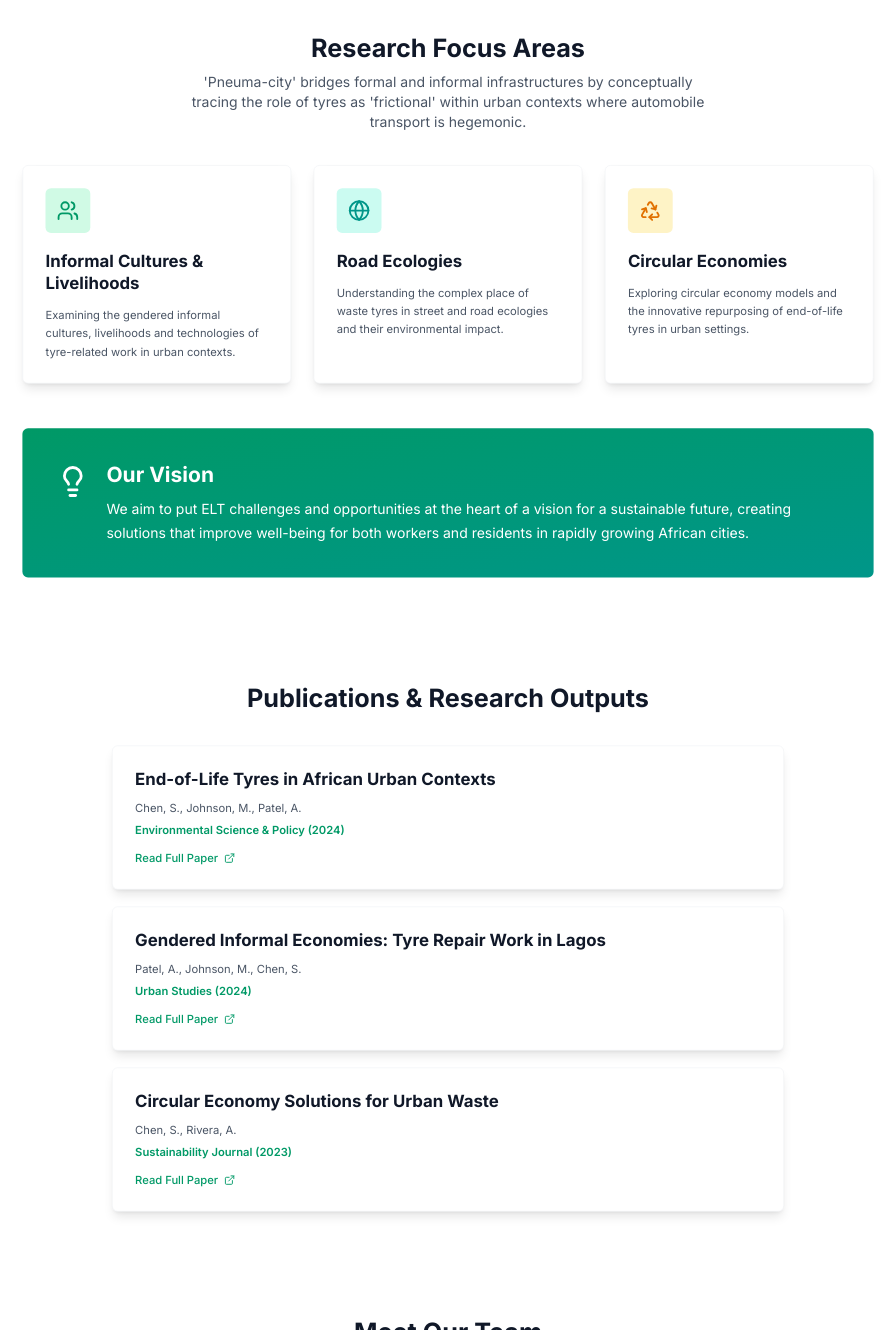
Repository: tiossdav/codesria
Page: /
An editor plug-in stored every save of this project. The page is shown before and after the next save, followed by the edit.
The browser window is 1280 px wide. The pictures show the part of the page from y = 1587 to 3487 px (the page is 5114 px tall before and 5034 px after), at 70% of full size.
Pictures or frames that could not be fetched are drawn as grey boxes. The project was rebuilt for these pictures with package versions that can differ from the ones it lists, and the page was loaded fresh each time. Also part of the build but not shown: vite.config.ts.

Above is the page before, as saved 2025-11-19 19:12:20.

### index.html
<!DOCTYPE html>
<html lang="en">
  <head>
    <meta charset="UTF-8" />
    <link rel="icon" type="image/svg+xml" href="/vite.svg" />
    <link href="/src/App.css" rel="stylesheet" />
    <link rel="preconnect" href="https://fonts.googleapis.com" />
    <link rel="preconnect" href="https://fonts.gstatic.com" crossorigin />
    <link
      href="https://fonts.googleapis.com/css2?family=Caveat:wght@400..700&family=Inter:ital,opsz,wght@0,14..32,100..900;1,14..32,100..900&family=Lobster&family=Raleway:ital,wght@0,100..900;1,100..900&display=swap"
      rel="stylesheet"
    />
    <meta name="viewport" content="width=device-width, initial-scale=1.0" />
    <title>codesria</title>
  </head>
  <body>
    <div id="root"></div>
    <script type="module" src="/src/main.tsx"></script>
  </body>
</html>

### src/App.css
@import "tailwindcss";

@theme {
  --font-inter: "Inter", sans-serif;
  --font-caveat: "Caveat", cursive;
  --font-lobster: "Lobster", cursive;
  --font-raleway: "Raleway", sans-serif;
}

### src/App.tsx
import { Route, Switch } from "wouter";
import Header from "./components/layout/Header";
import Footer from "./components/layout/Footer";
import Home from "./pages/Home";
import About from "./pages/About";
import Research from "./pages/Research";
import Team from "./pages/Team";
import Publications from "./pages/Publications";
import Contact from "./pages/Contact";

export default function App() {
  return (
    <div className="min-h-screen bg-white flex flex-col">
      <Header />

      <div className="flex-1">
        <Switch>
          <Route path="/" component={Home} />
          <Route path="/obj" component={About} />
          <Route path="/research" component={Research} />
          <Route path="/team" component={Team} />
          <Route path="/publications" component={Publications} />
          <Route path="/contact" component={Contact} />

          {/* 404 Route */}
          <Route>
            <div className="min-h-screen flex items-center justify-center">
              <div className="text-center">
                <h1 className="text-4xl font-bold text-gray-900 mb-4">404</h1>
                <p className="text-gray-600">Page not found</p>
              </div>
            </div>
          </Route>
        </Switch>
      </div>

      <Footer />
    </div>
  );
}

### src/components/layout/Header.tsx
import { Link, useLocation } from "wouter";

type NavLink = {
  title: string;
  href: string;
  submenu?: NavLink[];
};

const navlinks: NavLink[] = [
  { title: "Home", href: "/" },
  { title: "Aim & Objectives", href: "/obj" },
  { title: "Research", href: "/research" },
  { title: "Team", href: "/team" },
  { title: "Publications", href: "/publications" },
  { title: "Contact", href: "/contact" },
];

function Header() {
  const [location] = useLocation();

  return (
    <nav className="bg-white shadow-sm fixed w-full top-0 z-50 border-b border-gray-200">
      <div className="max-w-7xl mx-auto px-4 sm:px-6 lg:px-8">
        <div className="flex justify-between items-center h-20">
          <div className="flex items-center">
            <Link href="/">
              <span className="ml-3 font-caveat text-3xl text-gray-900 font-bold cursor-pointer transition-colors">
                JustEnergyAfrica
              </span>
            </Link>
          </div>
          <div className="flex items-center space-x-8">
            {navlinks.map((nav, index) => (
              <Link
                key={index}
                href={nav.href}
                className={`text-[16px] font-medium transition-colors ${
                  location === nav.href
                    ? "text-slate-900"
                    : "text-slate-600 hover:text-slate-900"
                }`}
              >
                {nav.title}
              </Link>
            ))}
          </div>
        </div>
      </div>
    </nav>
  );
}

export default Header;

### src/components/layout/Footer.tsx
function Footer() {
  return (
    <footer className="bg-gray-900 text-white py-12 mt-20">
      <div className="max-w-7xl mx-auto px-4 sm:px-6 lg:px-8">
        <div className="text-center mb-6">
          <p className="text-gray-300 mb-2">Funded by the British Academy</p>
          <p className="text-gray-400 text-sm">
            Part of the GCRF 'Urban Infrastructures of Well-Being' research
            programme
          </p>
        </div>
        <div className="text-center pt-6 border-t border-gray-700">
          <p className="text-gray-400">
            © 2024 Pneuma-City Research Project. All rights reserved.
          </p>
        </div>
      </div>
    </footer>
  );
}

export default Footer;

### src/pages/Home.tsx
import { useLocation } from "wouter";
import power from "../assets/power.jpg";
import About from "./About";
import Research from "./Research";
import Publications from "./Publications";
import Team from "./Team";
import Contact from "./Contact";

export default function Home() {
  const [, setLocation] = useLocation();

  return (
    <>
      {/* Hero Section */}
      <div className="relative h-screen mt-20 font-inter">
        <div className="absolute inset-0">
          <img
            src={power}
            alt="Urban African street"
            className="w-full h-full object-cover"
          />
          <div className="absolute inset-0 bg-black opacity-50"></div>
        </div>

        <div className="relative h-full flex items-center px-4">
          <div className="max-w-7xl mx-auto w-full">
            <div className="max-w-3xl">
              <h1 className="text-4xl md:text-5xl font-bold text-white mb-6 leading-tight">
                Hydro-Power S(hr)inking State: Renewable energy in Lake Chad
              </h1>
              <p className="text-xl md:text-2xl text-gray-100 mb-8 leading-relaxed">
                This research explores Lake Chad’s environmental crisis,
                analyzing hydropower, urban adaptation, gender equity, and just
                transition through comparative, mixed-method studies across Chad
                and Nigeria to inform inclusive, sustainable governance and
                development.
              </p>
              <div className="flex flex-col sm:flex-row gap-4">
                <button
                  onClick={() => setLocation("/obj")}
                  className="bg-emerald-600 hover:bg-emerald-700 text-white px-8 py-4 rounded-md font-semibold text-lg transition-colors"
                >
                  Learn More
                </button>
                <button
                  onClick={() => setLocation("/research")}
                  className="bg-white/10 backdrop-blur-sm hover:bg-white/20 border-2 border-white text-white px-8 py-4 rounded-md font-semibold text-lg transition-all"
                >
                  Our Research
                </button>
              </div>
            </div>
          </div>
        </div>
      </div>

      {/* All Sections Below Hero */}
      <About />
      <Research />
      <Publications />
      <Team />
      <Contact />
    </>
  );
}

### src/pages/About.tsx
function About() {
  return (
    <div className="max-w-5xl mx-auto mt-8 px-4 sm:px-6 lg:px-8 py-10 font-inter">
      <h2 className="text-4xl font-bold text-gray-900 mb-8">About</h2>
      <div className="prose prose-lg max-w-none">
        <p className="text-xl text-gray-700 leading-relaxed mb-6">
          Hydro Power, S(hr)inking States? Politics of Renewable Energy, Just
          Transitions and Urban Sustainability in the Lake Chad Basin is a
          collaborative, transdisciplinary research initiative that responds to
          one of Africa’s most pressing environmental challenges: the rapid
          shrinkage of Lake Chad and its far-reaching impacts on state
          stability, urban life, and energy futures.
        </p>
        <p className="text-xl text-gray-700 leading-relaxed mb-8">
          As governments and communities turn to hydropower and other renewable
          energy options, the project investigates how these transitions reshape
          governance systems, social equity, and everyday survival in one of the
          continent’s most fragile ecological zones. By examining the political,
          social, and infrastructural transformations underway, the study seeks
          to provide evidence-based pathways for inclusive, just, and
          climate-resilient development.
        </p>
        <p className="text-xl text-gray-700 leading-relaxed mb-1">
          The project focuses on four overarching questions:
        </p>
        <ul className="list-disc list-inside mb-6 text-xl text-gray-700 leading-relaxed ">
          <li>
            How do hydropower projects influence renewable energy politics
            across the region?
          </li>
          <li>
            How are cities adapting to environmental decline and energy
            transitions?
          </li>
          <li>
            In what ways do gender and generational dynamics shape experiences
            of change?
          </li>
          <li>
            How can a just transition be achieved in settings with limited
            resources and institutional capacity?
          </li>
        </ul>

        {/* <div className="bg-emerald-50 border-l-4 border-emerald-600 p-6 my-8">
          <p className="text-gray-800 italic">
            This project is funded by the British Academy and is part of the
            wider GCRF 'Urban Infrastructures of Well-Being' research programme.
          </p>
        </div> */}
      </div>
    </div>
  );
}

export default About;

### src/pages/Research.tsx
import { Globe, Lightbulb, Recycle, Users } from "lucide-react";

function Research() {
  return (
    <div className="max-w-7xl mx-auto mt-8 px-4 sm:px-6 lg:px-8 py-20 font-inter">
      <h2 className="text-4xl font-bold text-gray-900 mb-4 text-center">
        Research Focus Areas
      </h2>
      <p className="text-xl text-gray-600 mb-12 text-center max-w-3xl mx-auto">
        'Pneuma-city' bridges formal and informal infrastructures by
        conceptually tracing the role of tyres as 'frictional' within urban
        contexts where automobile transport is hegemonic.
      </p>

      <div className="grid md:grid-cols-3 gap-8 mb-16">
        <div className="bg-white p-8 rounded-lg shadow-lg border border-gray-100 hover:shadow-xl transition-shadow">
          <div className="bg-emerald-100 w-16 h-16 rounded-lg flex items-center justify-center mb-6">
            <Users className="h-8 w-8 text-emerald-600" />
          </div>
          <h3 className="text-2xl font-bold text-gray-900 mb-4">
            Informal Cultures & Livelihoods
          </h3>
          <p className="text-gray-600 leading-relaxed">
            Examining the gendered informal cultures, livelihoods and
            technologies of tyre-related work in urban contexts.
          </p>
        </div>

        <div className="bg-white p-8 rounded-lg shadow-lg border border-gray-100 hover:shadow-xl transition-shadow">
          <div className="bg-teal-100 w-16 h-16 rounded-lg flex items-center justify-center mb-6">
            <Globe className="h-8 w-8 text-teal-600" />
          </div>
          <h3 className="text-2xl font-bold text-gray-900 mb-4">
            Road Ecologies
          </h3>
          <p className="text-gray-600 leading-relaxed">
            Understanding the complex place of waste tyres in street and road
            ecologies and their environmental impact.
          </p>
        </div>

        <div className="bg-white p-8 rounded-lg shadow-lg border border-gray-100 hover:shadow-xl transition-shadow">
          <div className="bg-amber-100 w-16 h-16 rounded-lg flex items-center justify-center mb-6">
            <Recycle className="h-8 w-8 text-amber-600" />
          </div>
          <h3 className="text-2xl font-bold text-gray-900 mb-4">
            Circular Economies
          </h3>
          <p className="text-gray-600 leading-relaxed">
            Exploring circular economy models and the innovative repurposing of
            end-of-life tyres in urban settings.
          </p>
        </div>
      </div>

      <div className="bg-linear-to-br from-emerald-600 to-teal-600 rounded-lg p-12 text-white">
        <div className="flex items-start">
          <Lightbulb className="h-12 w-12 mr-6 shrink-0 mt-1" />
          <div>
            <h3 className="text-3xl font-bold mb-4">Our Vision</h3>
            <p className="text-xl leading-relaxed">
              We aim to put ELT challenges and opportunities at the heart of a
              vision for a sustainable future, creating solutions that improve
              well-being for both workers and residents in rapidly growing
              African cities.
            </p>
          </div>
        </div>
      </div>
    </div>
  );
}

export default Research;

### src/pages/Team.tsx
const teamMembers = [
  {
    name: "Dr. Sarah Chen",
    role: "Principal Investigator",
    image:
      "https://images.unsplash.com/photo-1573496359142-b8d87734a5a2?w=400&h=400&fit=crop",
    bio: "Expert in sustainable urban development and environmental engineering",
  },
  {
    name: "Dr. Marcus Johnson",
    role: "Co-Investigator",
    image:
      "https://images.unsplash.com/photo-1560250097-0b93528c311a?w=400&h=400&fit=crop",
    bio: "Specializes in social sciences and informal economies research",
  },
  {
    name: "Dr. Aisha Patel",
    role: "Research Fellow",
    image:
      "https://images.unsplash.com/photo-1580489944761-15a19d654956?w=400&h=400&fit=crop",
    bio: "Focus on gender studies and urban livelihoods",
  },
  {
    name: "Alex Rivera",
    role: "Research Assistant",
    image:
      "https://images.unsplash.com/photo-1519345182560-3f2917c472ef?w=400&h=400&fit=crop",
    bio: "Researching circular economy models and waste management systems",
  },
];

function Team() {
  return (
    <div className="max-w-7xl mx-auto mt-8 px-4 sm:px-6 lg:px-8 py-20 font-inter">
      <h2 className="text-4xl font-bold text-gray-900 mb-4 text-center">
        Meet Our Team
      </h2>
      {/* <p className="text-xl text-gray-600 mb-12 text-center max-w-3xl mx-auto">
        Our interdisciplinary team combines expertise from engineering, social
        sciences, gender studies, and environmental sustainability
      </p> */}
      <div className="grid md:grid-cols-2 lg:grid-cols-4 gap-8">
        {teamMembers.map((member, index) => (
          <div
            key={index}
            className="bg-white rounded-lg shadow-lg overflow-hidden border border-gray-100 hover:shadow-xl transition-shadow"
          >
            <img
              src={member.image}
              alt={member.name}
              className="w-full h-64 object-cover"
            />
            <div className="p-6">
              <h3 className="text-xl font-bold text-gray-900 mb-1">
                {member.name}
              </h3>
              <p className="text-emerald-600 font-semibold mb-3">
                {member.role}
              </p>
              <p className="text-gray-600 text-sm leading-relaxed">
                {member.bio}
              </p>
            </div>
          </div>
        ))}
      </div>
    </div>
  );
}

export default Team;

### src/pages/Publications.tsx
import { ExternalLink } from "lucide-react";

const publications = [
  {
    title: "End-of-Life Tyres in African Urban Contexts",
    authors: "Chen, S., Johnson, M., Patel, A.",
    journal: "Environmental Science & Policy",
    year: "2024",
    link: "#",
  },
  {
    title: "Gendered Informal Economies: Tyre Repair Work in Lagos",
    authors: "Patel, A., Johnson, M., Chen, S.",
    journal: "Urban Studies",
    year: "2024",
    link: "#",
  },
  {
    title: "Circular Economy Solutions for Urban Waste",
    authors: "Chen, S., Rivera, A.",
    journal: "Sustainability Journal",
    year: "2023",
    link: "#",
  },
];

function Publications() {
  return (
    <div className="max-w-5xl mx-auto mt-8 px-4 sm:px-6 lg:px-8 py-10 font-inter">
      <h2 className="text-4xl font-bold text-gray-900 mb-12 text-center">
        Publications & Research Outputs
      </h2>
      <div className="space-y-6">
        {publications.map((pub, index) => (
          <div
            key={index}
            className="bg-white p-8 rounded-lg shadow-lg border border-gray-100 hover:shadow-xl transition-shadow"
          >
            <h3 className="text-2xl font-bold text-gray-900 mb-3">
              {pub.title}
            </h3>
            <p className="text-gray-600 mb-2">{pub.authors}</p>
            <p className="text-emerald-600 font-semibold mb-4">
              {pub.journal} ({pub.year})
            </p>
            <a
              href={pub.link}
              className="inline-flex items-center text-emerald-600 hover:text-emerald-700 font-medium"
            >
              Read Full Paper <ExternalLink className="ml-2 h-4 w-4" />
            </a>
          </div>
        ))}
      </div>
    </div>
  );
}

export default Publications;

### src/pages/Contact.tsx
import { Mail, Target } from "lucide-react";

function Contact() {
  return (
    <div className="max-w-3xl mx-auto mt-8 px-4 sm:px-6 lg:px-8 py-10 font-inter">
      <h2 className="text-4xl font-bold text-gray-900 mb-4 text-center">
        Get Involved
      </h2>
      <p className="text-xl text-gray-600 mb-12 text-center">
        Interested in collaborating or learning more about our work? We welcome
        inquiries from researchers, practitioners, and community organizations.
      </p>
      <div className="bg-white p-10 rounded-lg shadow-lg border border-gray-100">
        <div className="space-y-8">
          <div className="flex items-start">
            <Mail className="h-6 w-6 text-emerald-600 mt-1 mr-4 shrink-0" />
            <div>
              <h3 className="font-bold text-gray-900 mb-2 text-lg">Email Us</h3>
              <p className="text-gray-600">contact@pneuma-city.org</p>
            </div>
          </div>

          <div className="flex items-start">
            <Target className="h-6 w-6 text-emerald-600 mt-1 mr-4 shrink-0" />
            <div>
              <h3 className="font-bold text-gray-900 mb-2 text-lg">
                Research Location
              </h3>
              <p className="text-gray-600">
                Lagos, Nigeria & Partner Institutions
              </p>
            </div>
          </div>

          <div className="pt-6 border-t border-gray-200">
            <h3 className="font-bold text-gray-900 mb-4 text-lg">
              Collaboration Opportunities
            </h3>
            <p className="text-gray-600 mb-6 leading-relaxed">
              We're open to partnerships with academic institutions, NGOs,
              government agencies, and community organizations working on
              sustainable urban development and circular economy initiatives.
            </p>
            <button className="w-full bg-emerald-600 hover:bg-emerald-700 text-white px-6 py-4 rounded-md font-semibold transition-colors">
              Send Inquiry
            </button>
          </div>
        </div>
      </div>
    </div>
  );
}

export default Contact;

Loaded but not shown: src/main.tsx (common file)

After the next save:
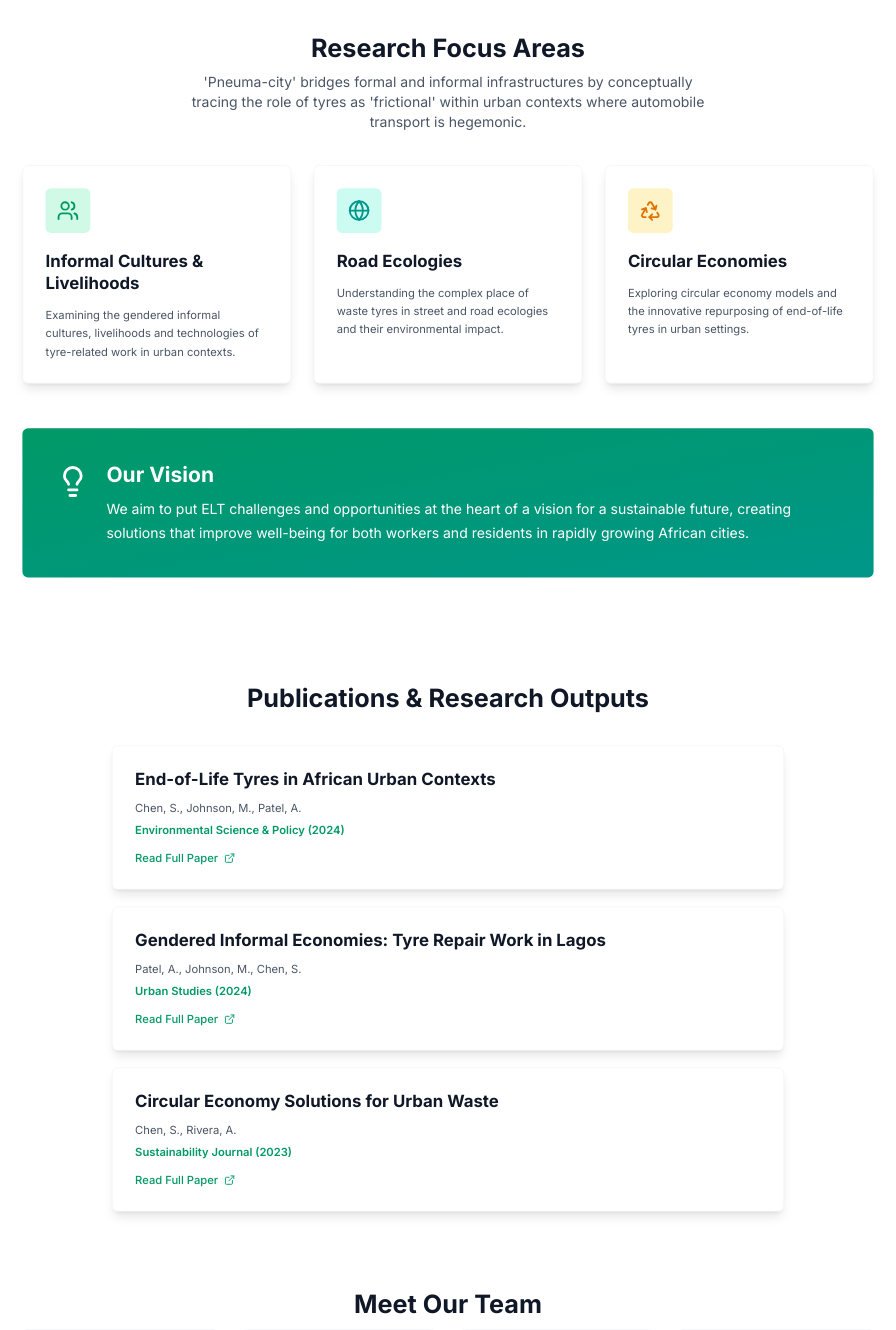
Saved 18 s later.
--- a/src/pages/Team.tsx
+++ b/src/pages/Team.tsx
@@ -31,7 +31,7 @@ const teamMembers = [
 
 function Team() {
   return (
-    <div className="max-w-7xl mx-auto mt-8 px-4 sm:px-6 lg:px-8 py-20 font-inter">
+    <div className="max-w-7xl mx-auto mt-8 px-4 sm:px-6 lg:px-8 py-10 font-inter">
       <h2 className="text-4xl font-bold text-gray-900 mb-4 text-center">
         Meet Our Team
       </h2>
